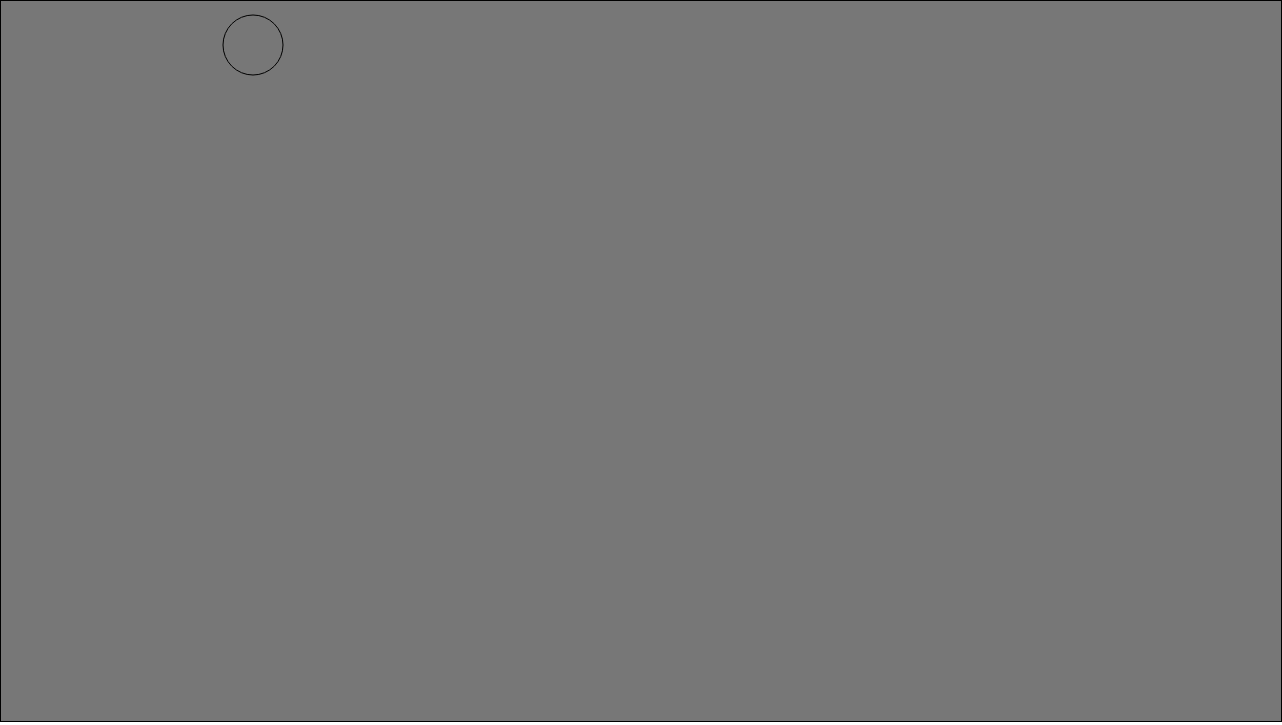
Repository: tenlekdan/particle-effect
Page: inidex.html
An editor plug-in stored every save of this project. The page is shown before and after a run of saves, followed by the edit.
The browser window is 1280 px wide. The page is 1282 px wide, so the pictures cover 1282 px, including what lies to the right of the window. The pictures show the whole page.

Above is the page before, as saved 2019-12-26 15:53:07.

After the next 2 saves:
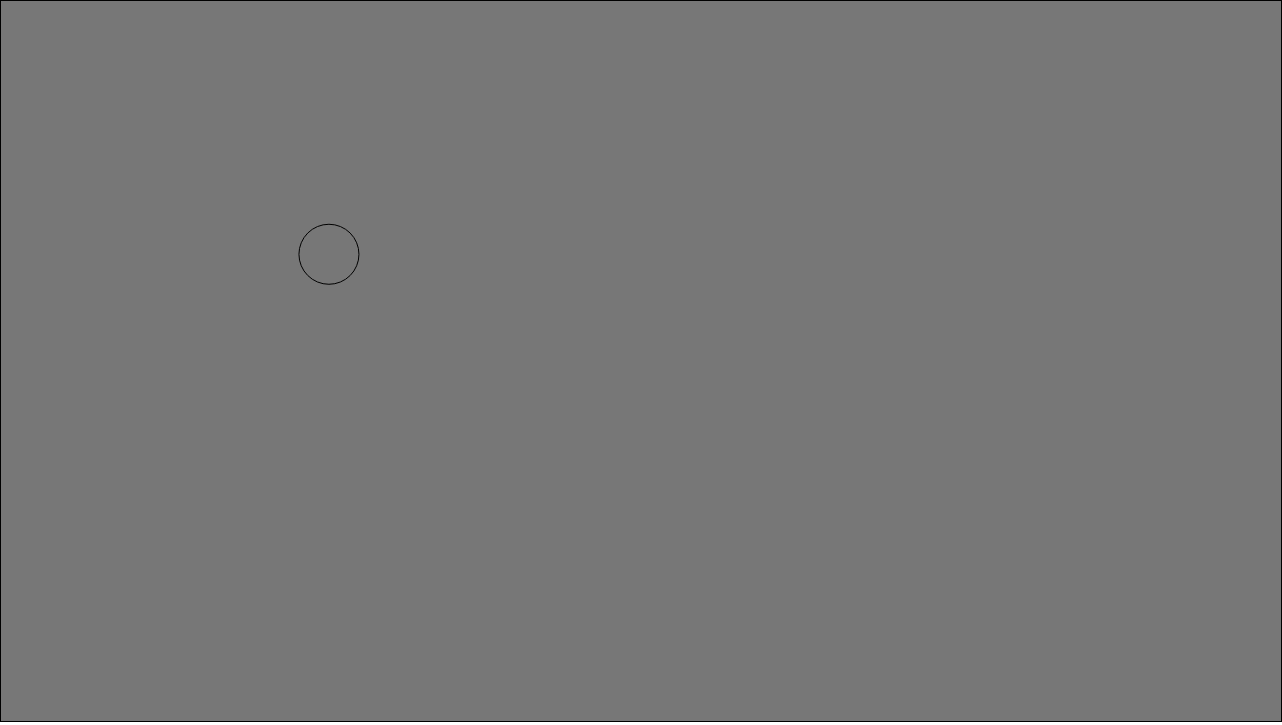
The 2 saves are shown as one change because they came seconds apart.
The last was saved 103 s later.
--- a/canvas.js
+++ b/canvas.js
@@ -18,8 +18,8 @@
 
 
 
-    let x = 300;
-    let y = 300;
+    let x = Math.random() * innerWidth;
+    let y = Math.random() * innerHeight;
     let radius = 30;
     let dx = 8;
     let dy = 8;
@@ -33,10 +33,10 @@
         c.arc(x, y, radius, 0, Math.PI * 2, false);
         c.stroke();
 
-        if (x+radius > innerWidth || x-radius <= 0) {
+        if (x + radius > innerWidth || x - radius <= 0) {
             dx = -dx;
         }
-        if (y+radius > innerHeight || y-radius <= 0) {
+        if (y + radius > innerHeight || y - radius <= 0) {
             dy = -dy;
         }
 
